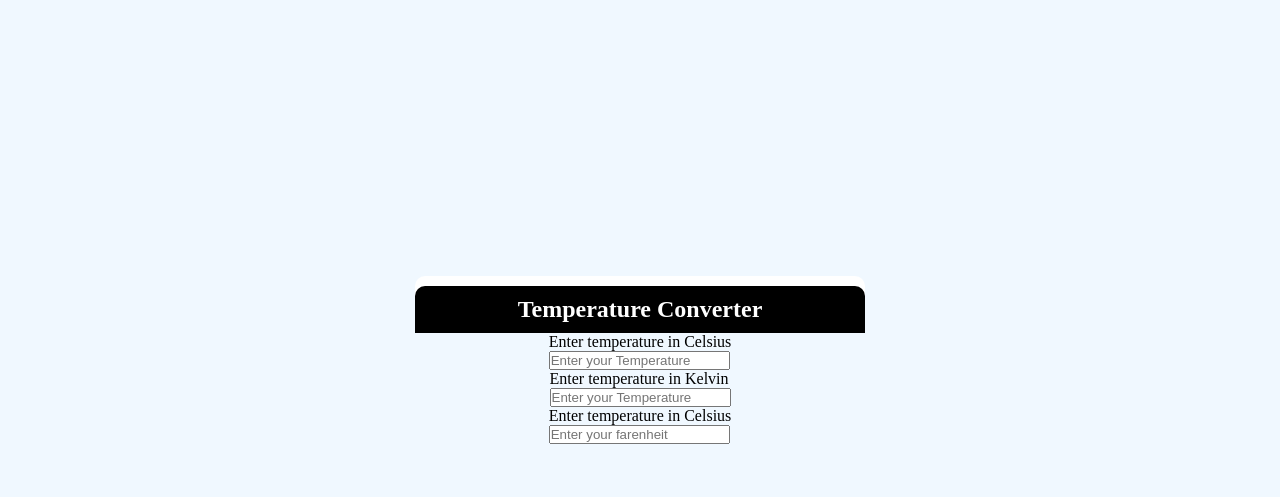
Repository: JunaidAnsari202/Temperature-Converter
Page: index.html
The author's editor kept a copy of each file at every save. The page is drawn from the files as they stood at one save, then again after a run of saves.
The browser window is 1280 px wide. The pictures show the whole page.

Above is the page before, as saved 2024-10-16 13:35:05.
Not found: script,js

After the next 6 saves:
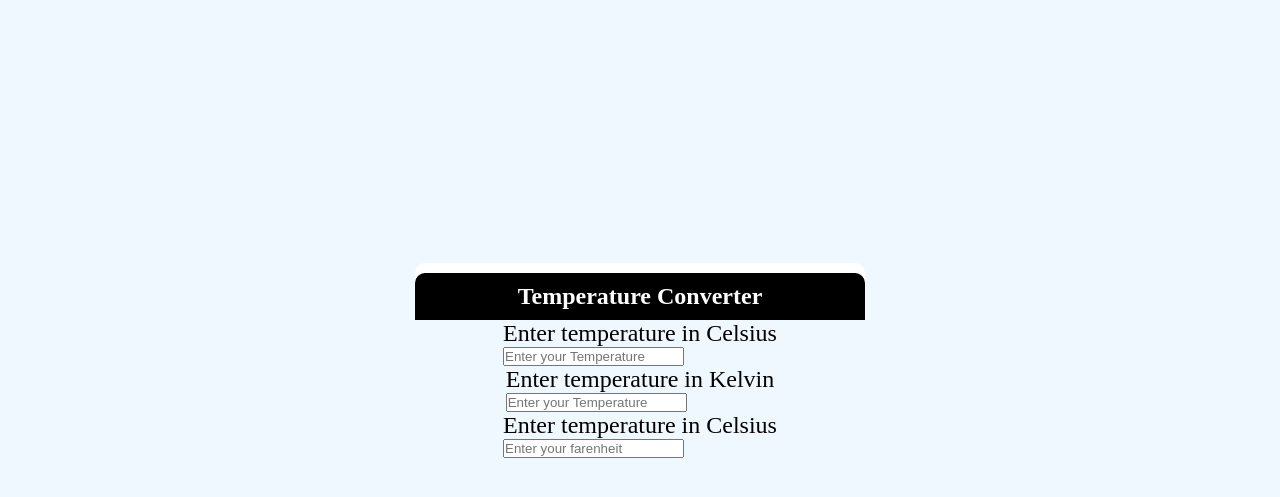
The 6 saves are shown as one change because they came seconds apart.
The last was saved 19 s later.
--- a/style.css
+++ b/style.css
@@ -34,4 +34,6 @@ body{
 
 label{
     display: block;
+    font-size: 1.5rem;
+
 }
